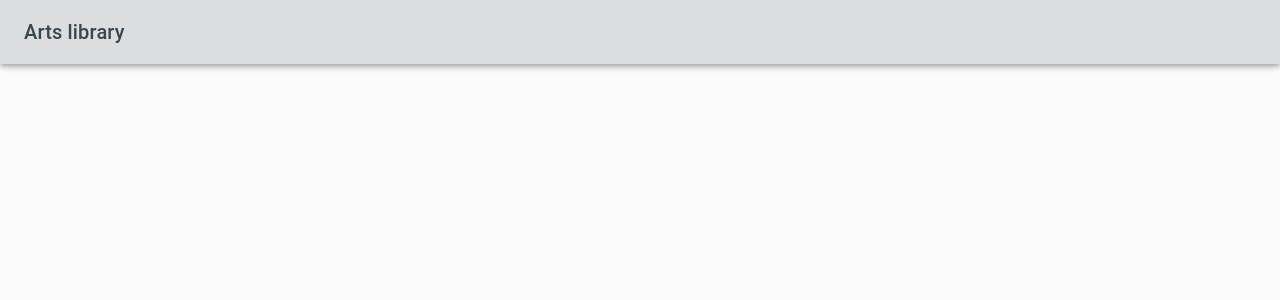
Repository: milosKomiRajkovic94/library-of-known-art
Page: /
These files come from the project's save history. The page is drawn as it stood at one moment and after the next save; the edit follows.
The browser window is 1280 px wide. The pictures show the whole page.
The project was rebuilt for these pictures with package versions that can differ from the ones it lists, and the page was loaded fresh each time.

Above is the page before, as saved 2020-03-05 10:42:08.

After the next save:
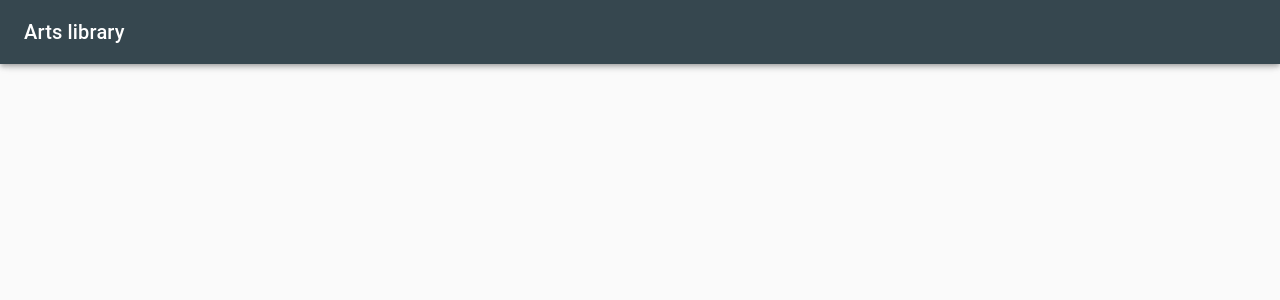
Saved 59 s later.
--- a/src/scss/_header.scss
+++ b/src/scss/_header.scss
@@ -1,4 +1,4 @@
 .MuiToolbar-root.MuiToolbar-regular.toolbar.MuiToolbar-gutters {
-    background-color: #DCDDDF;
-    color: #36474F;
+    background-color: #36474F;
+    color: #FFF;
 }
